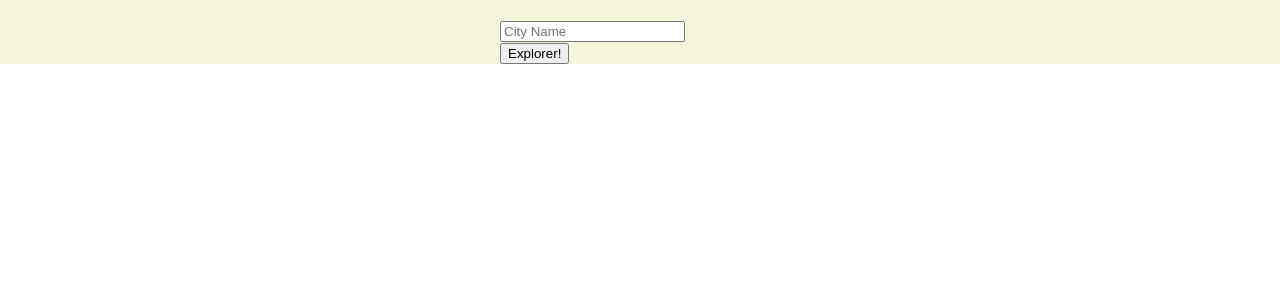
Repository: Razan-am/city-explorer-api-front
Page: /
The author's editor kept a copy of each file at every save. The page is drawn from the files as they stood at one save, then again after the next save.
The browser window is 1280 px wide. The pictures show the whole page.
The project was rebuilt for these pictures with package versions that can differ from the ones it lists, and the page was loaded fresh each time. Also part of the build but not shown: src/components/Weather.js.

Above is the page before, as saved 2021-07-09 22:54:04.

### src/App.js
import React, { Component } from 'react';
import AlertMessage from './components/AlertMessage';
import Weather from './components/Weather';
import Image from 'react-bootstrap/Image';
import axios from 'axios';



class App extends Component {
  constructor(props) {
    super(props);
    this.state = {
      display_name: '',
      lat: '',
      lon: '',
      error: '',
      show: false,
      weatherData: [],
      moviesData:[]
    }
  }
  handlerData = (e) => {
    e.preventDefault()
    this.setState({
      display_name: e.target.value,
      newCity:e.target.value
    })
    console.log('string',e.target.value);
  }
  handlerSubmit = async (e) => {
    e.preventDefault()
    // let axiosResponed =
    await axios.get(`https://eu1.locationiq.com/v1/search.php?key=pk.0a80fd547a3c1e8574e39921b81514c5&q=${this.state.display_name}&format=json`).then(request=>{

      this.setState({
        display_name: request.data[0].display_name,
        lat: request.data[0].lat,
        lon: request.data[0].lon,
        alert: false,
        show: true,
      })
    }).then(async()=>{
      const axiosLocalApi = await axios.get(`http://localhost:8000/weather/?key=1ce9a45e3f574b64af6379c6c4a8b0cc&lat=${this.state.lat}&lon=${this.state.lon}`)
        this.setState({
          weatherData: axiosLocalApi.data
        })
      console.log(axiosLocalApi.data);
    }).then(async()=>{
      console.log('display',this.state.display_name);
      let city_name = this.state.display_name.split(',')[0]
      console.log('city',city_name);
      const moviesApi = await axios.get(`http://localhost:8000/movies/?query=${this.state.newCity}`)
      this.setState({
        moviesData:moviesApi.data
      })
      console.log(moviesApi.data);
    })
    .catch((error) => {

      this.setState({
        error: "please provide a valid city name",
        alert: true,
        show: false,
      })
    })
  }
  render() {
    return (
      <div style={{ backgroundColor:'beige'}}>
        <AlertMessage
          alert={this.state.alert}
          error={this.state.error} />
        <form onSubmit={this.handlerSubmit} style={{ marginLeft: '500px', paddingTop: '20px', marginButton: '20px', display: 'block', width: '50px' }}>
          <input type='text' placeholder='City Name' onChange={(e) => { this.handlerData(e) }} />
          <button >Explorer!</button>
        </form>
          {this.state.show &&
            <div>
              <h5>City Name={this.state.display_name}</h5>
              <h5>Longitude={this.state.lon}</h5>
              <h5>Lattitude={this.state.lat}</h5>
              <Image alt='map' src={`https://maps.locationiq.com/v3/staticmap?key=${process.env.REACT_APP_LOCATION_API_KEY}&center=${this.state.lat},${this.state.lon}&zoom=1-8`} fluid style={{ margin: '100px', width: '1000px' }} />
            </div>
          }
        {
          // console.log(this.state.weatherData)&&
          this.state.weatherData.map((item)=>{
            console.log('helllo');
            return <Weather desc={item.description} date={item.date} />
          })
      }
      {
        // console.log(this.state.moviesData)&&
        this.state.moviesData.map((item)=>{
          return(
            <div>
                <p>{item.title}</p>
                <p>{item.total_votes}</p>
                <img alt={item.title} src={item.poster}/>
            </div>
          )
        })
      }
      </div>
    )
  }
}

export default App;

### src/components/AlertMessage.js
import React, { Component } from 'react';
import Alert from 'react-bootstrap/Alert';

class AlertMessage extends Component {
    render() {
        return (
            <>
                {this.props.alert &&
                    <Alert variant={'variant'}>
                        Error: 'Wrong Input! Please Enter City Name'
                    </Alert>
                }
            </>
        )
    }
}

export default AlertMessage;

Loaded but not shown: public/index.html (common file); src/index.js (common file); src/index.css (common file); src/reportWebVitals.js (common file)

After the next save:
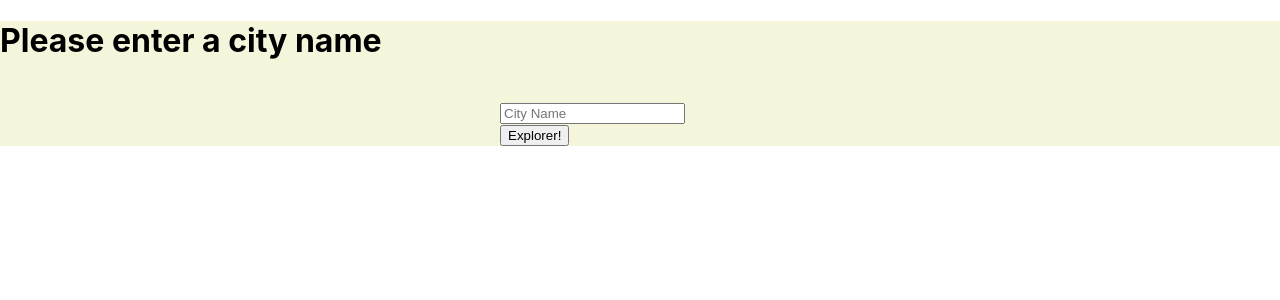
Saved 34 s later.
--- a/src/App.js
+++ b/src/App.js
@@ -67,6 +67,7 @@ class App extends Component {
   render() {
     return (
       <div style={{ backgroundColor:'beige'}}>
+        <h1>Please enter a city name </h1>
         <AlertMessage
           alert={this.state.alert}
           error={this.state.error} />
